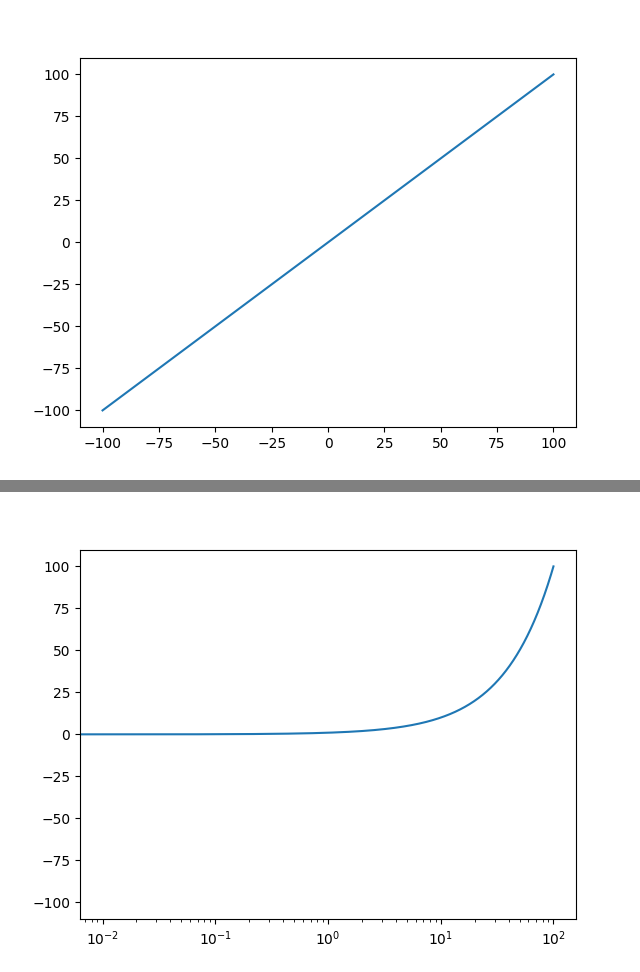
Repository: nelsonalexandrino/python_matplotlib_datavisualization_
Script's output: python ChangingAxisScales.py
The author's editor kept a copy of each file at every save. The script's output is drawn from the files as they stood at one save, then again after the next save.
Each picture stacks the figures in order, with grey between them; figures that are only written to a file come last. Random numbers start from a fixed seed.

Above is the script's output before, as saved 2019-08-25 13:23:37.

### ChangingAxisScales.py
import matplotlib.pyplot as pyplot

x = []
y = []

for i in range(-10000, 10000):
    x.append(i/100)
    y.append(i/100)

pyplot.plot(x, y)
pyplot.xscale('linear')
pyplot.yscale('linear')
pyplot.show()


pyplot.plot(x, y)
pyplot.xscale('log')
# pyplot.yscale('linear')
pyplot.show()

After the next save:
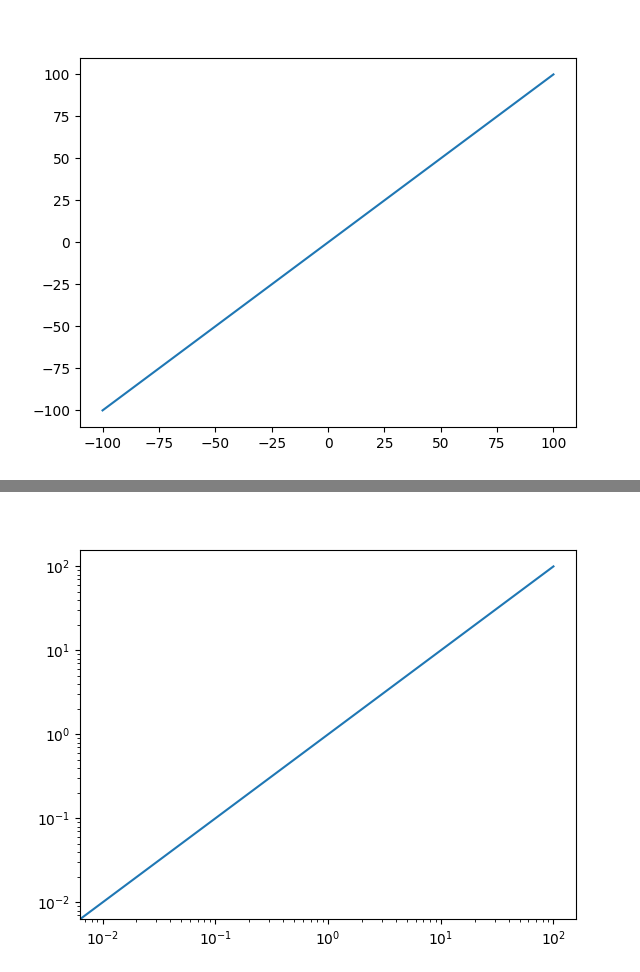
Saved 110 s later.
--- a/ChangingAxisScales.py
+++ b/ChangingAxisScales.py
@@ -15,5 +15,5 @@
 
 pyplot.plot(x, y)
 pyplot.xscale('log')
-# pyplot.yscale('linear')
+pyplot.yscale('log')
 pyplot.show()

After the save that followed:
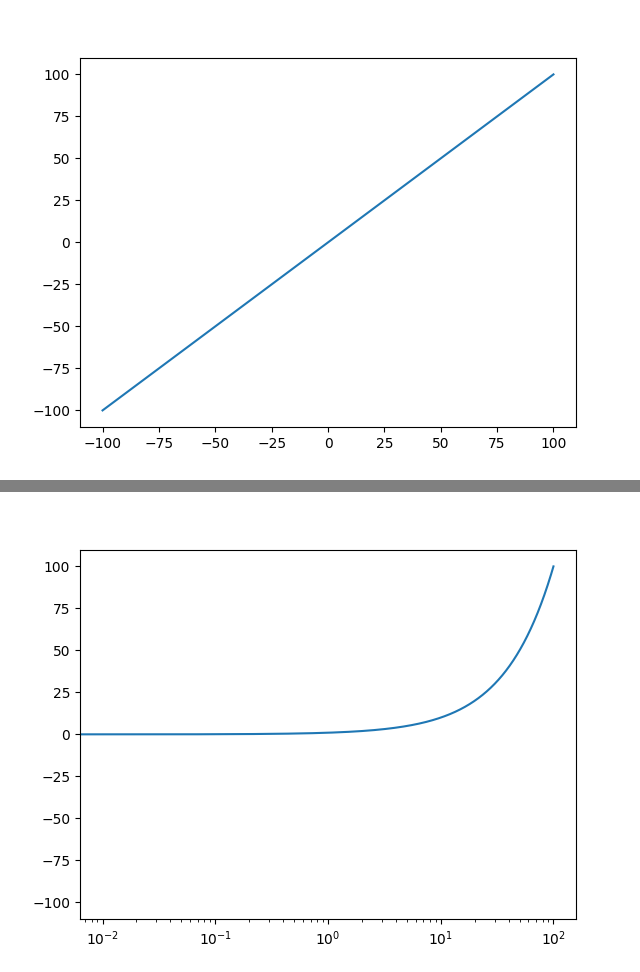
Saved 17 s later.
--- a/ChangingAxisScales.py
+++ b/ChangingAxisScales.py
@@ -15,5 +15,4 @@
 
 pyplot.plot(x, y)
 pyplot.xscale('log')
-pyplot.yscale('log')
 pyplot.show()
